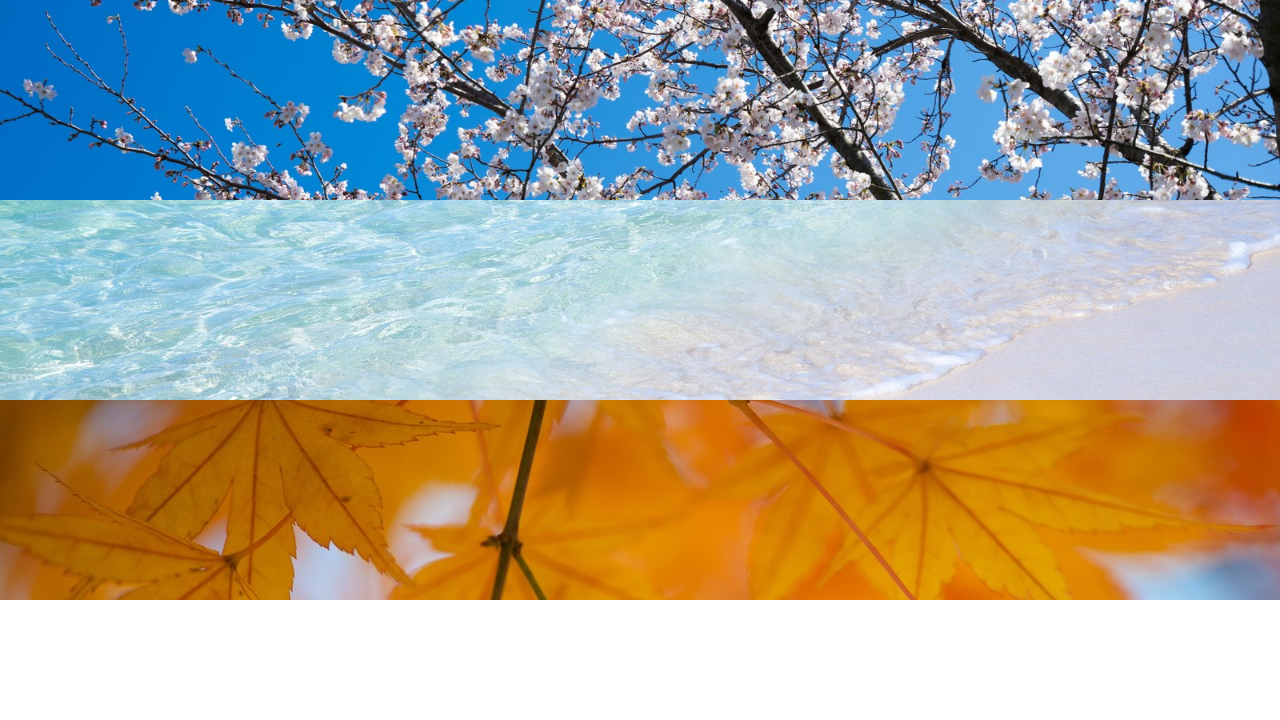
Repository: nyaaaaaaaaaaaaaa/chapter9-2
Page: chapter6/index.html
The author's editor kept a record of every edit. The page is drawn from the files as they stood at one moment, then again after the next edit.
The browser window is 1280 px wide. The pictures show the whole page.

Above is the page before.

After the next edit:
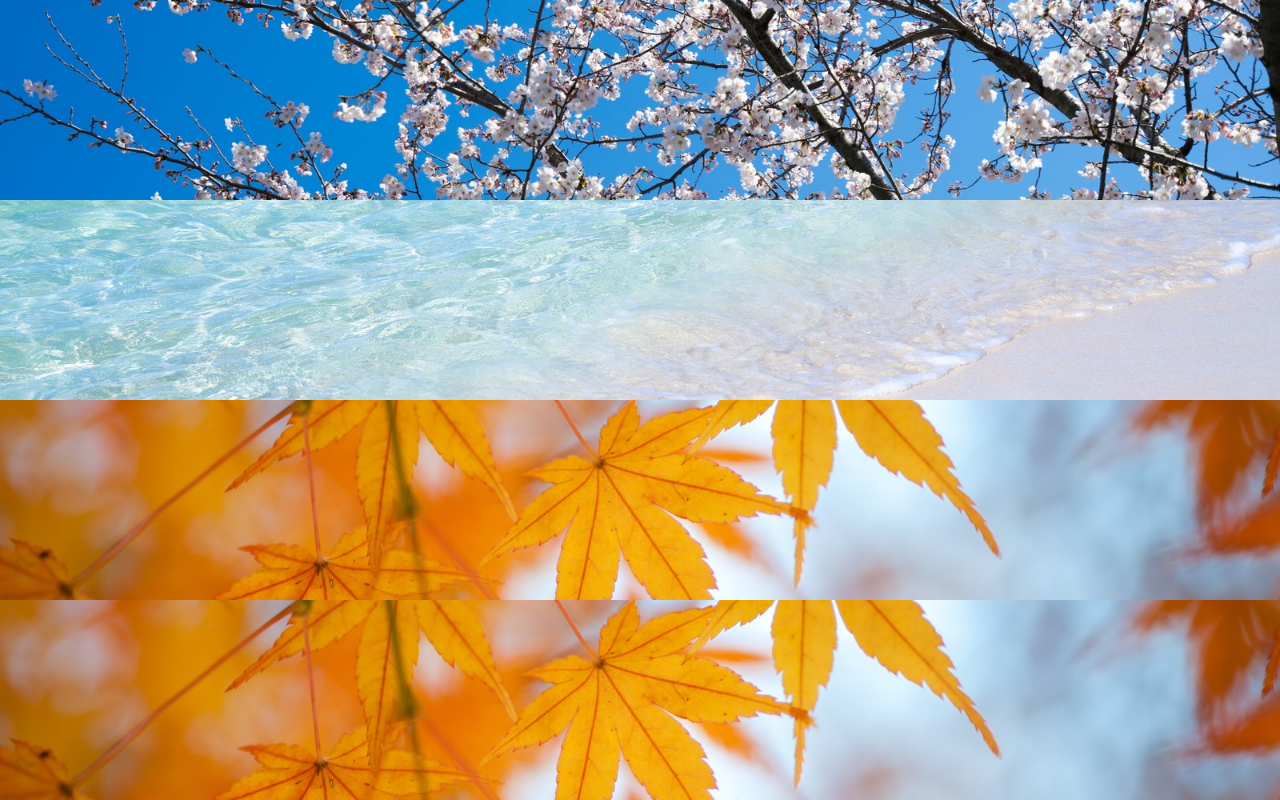
The edit:
--- a/chapter6/style.css
+++ b/chapter6/style.css
@@ -24,5 +24,14 @@
   width: 100%;
   height: 200px;
   background-image: url(img/box3.jpg);
+  background-size: cover;
+  background-position: center;
+}
 
+.box4 {
+  width: 100%;
+  height: 200px;
+  background-image: url(img/box3.jpg);
+  background-size: cover;
+  background-position: center;
 }
